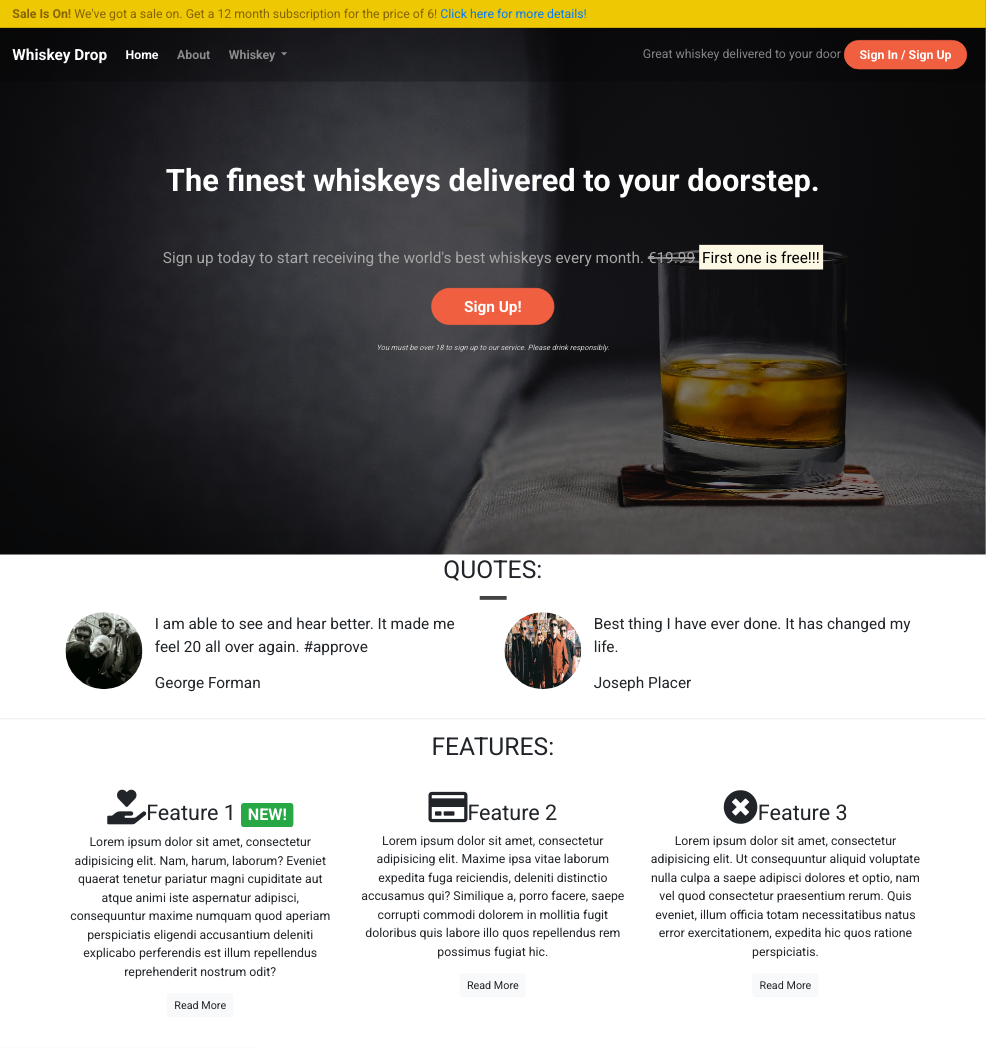
Repository: NamcorStudent/Dropdown-css
Page: bootstrap-whiskey/bootstrap.html
The author's editor kept a record of every edit. The page is drawn from the files as they stood at one moment, then again after the next edit.
The browser window is 1280 px wide. The page is 1295 px wide, so the pictures cover 1295 px, including what lies to the right of the window. The pictures show the whole page, at 77% of full size.
Backgrounds fixed to the window are drawn as part of the page. Some web libraries are served in a nearby version.

Above is the page before.
Console error: TypeError: Cannot read properties of undefined (reading 'fn')

After the next edit:
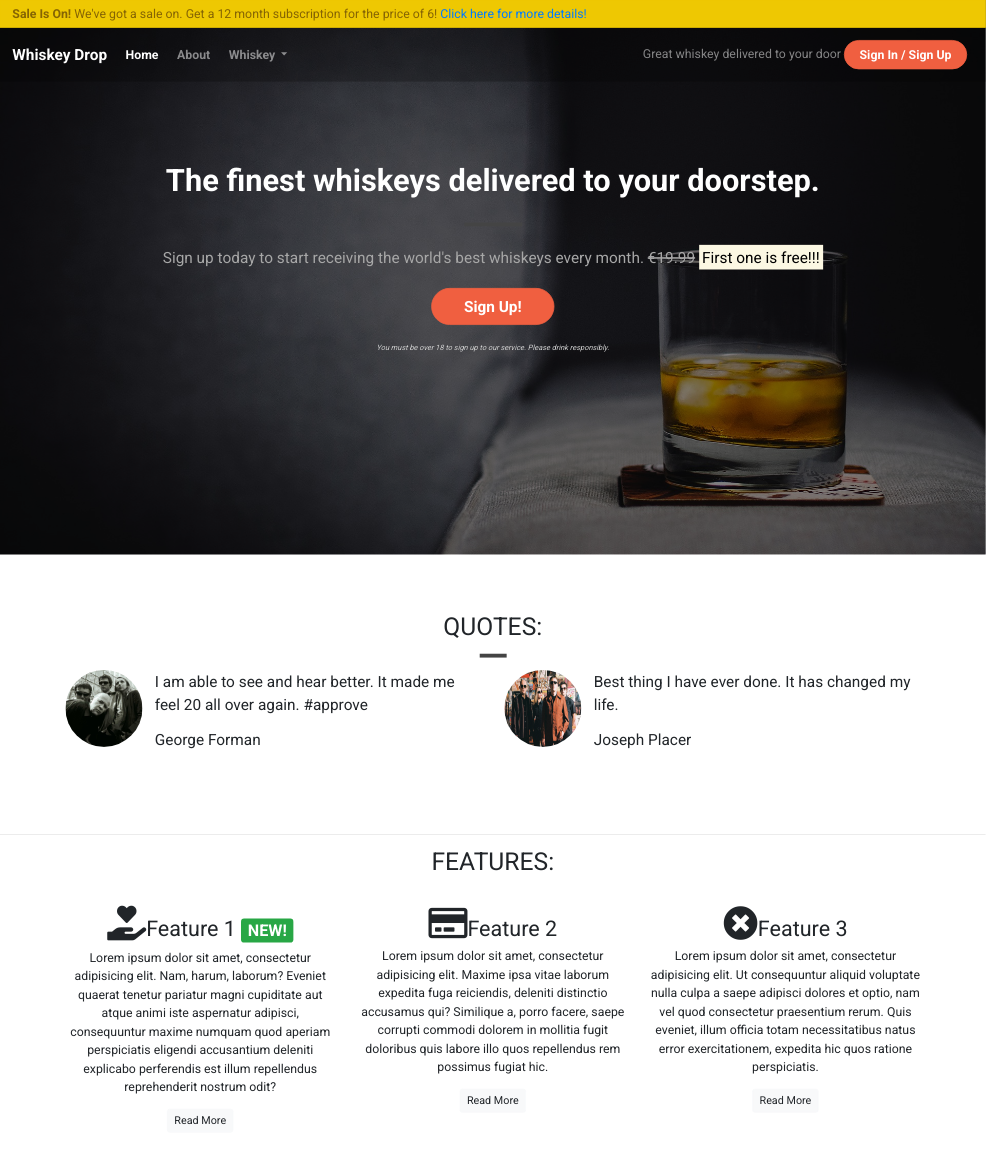
The edit:
--- a/bootstrap-whiskey/bootstrap.html
+++ b/bootstrap-whiskey/bootstrap.html
@@ -73,7 +73,8 @@
         </section>
     </div>
     <!-----QUOTES----->
-    <div class="container quotes-container">
+    <div class="container-wrapper">
+    <div class="container quotes-container content-container">
         <section class="quotes">
             <div class="row">
                 <div class="col-12 page-header">
